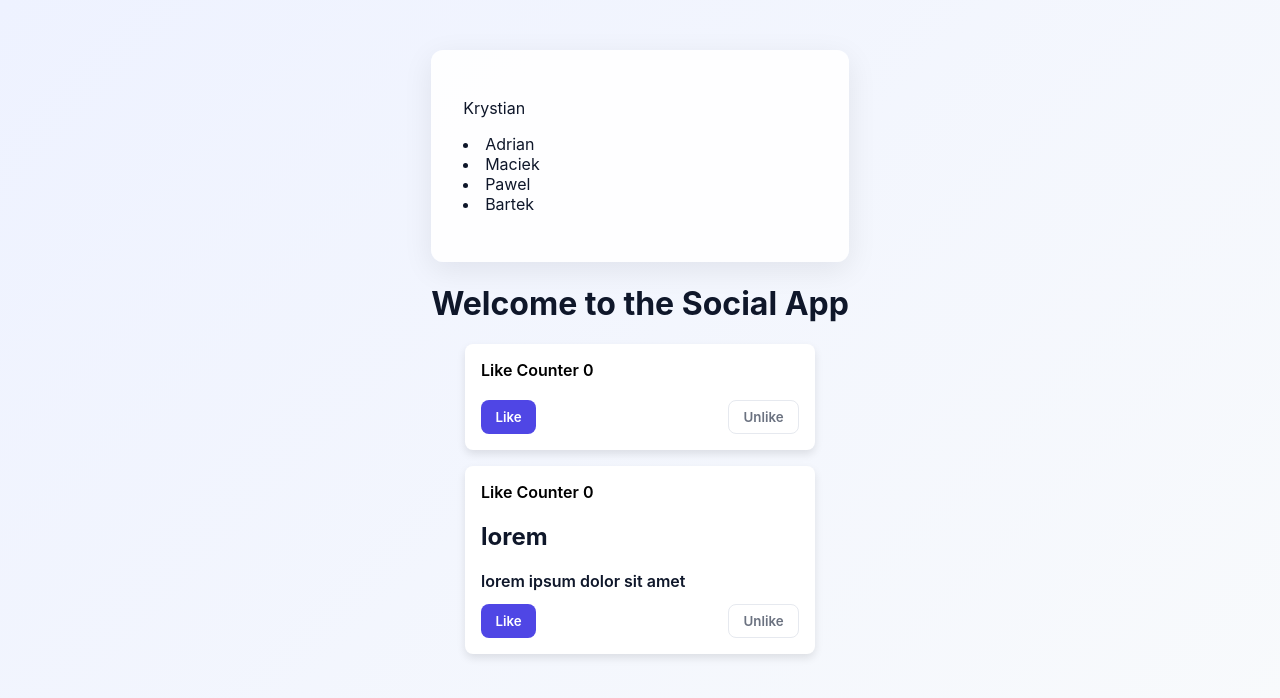
Repository: KrystianTrzy/reactapt
Page: /
The author's editor kept a copy of each file at every save. The page is drawn from the files as they stood at one save, then again after the next save.
The browser window is 1280 px wide. The pictures show the whole page.
The project was rebuilt for these pictures with package versions that can differ from the ones it lists, and the page was loaded fresh each time.

Above is the page before, as saved 2025-11-22 09:31:33.

### src/index.js
import React from 'react';
import ReactDOM from 'react-dom/client';
import './index.css';
import App from './components/App/App';
import LikeCounter from './components/App/LikeCounter/LikeCounter';

const root = ReactDOM.createRoot(document.getElementById('root'));
root.render(
  <React.StrictMode>
    <div>
      <App />
      <h1>Welcome to the Social App</h1>
      <LikeCounter />
      <LikeCounter
        title="lorem "
        description="lorem ipsum dolor sit amet"
      />
    </div>
  </React.StrictMode>
);

// If you want to start measuring performance in your app, pass a function
// to log results (for example: reportWebVitals(console.log))
// or send to an analytics endpoint. Learn more: https://bit.ly/CRA-vitals

### src/index.css
:root {
	--bg: #f6f8ff;
	--card: #ffffff;
	--accent: #4f46e5;
	--muted: #6b7280;
	--radius: 12px;
}

* {
	box-sizing: border-box;
}

html, body, #root {
	height: 100%;
}

body {
	margin: 0;
	font-family: Inter, system-ui, -apple-system, 'Segoe UI', Roboto, 'Helvetica Neue', Arial;
	background: linear-gradient(135deg, #eef2ff 0%, #f8fafc 100%);
	color: #0f172a;
	-webkit-font-smoothing: antialiased;
	-moz-osx-font-smoothing: grayscale;
}

#root {
	display: flex;
	align-items: center;
	justify-content: center;
	padding: 2rem;
}

.App {
	width: 100%;
	max-width: 920px;
	background: rgba(255,255,255,0.9);
	border-radius: var(--radius);
	box-shadow: 0 8px 30px rgba(2,6,23,0.08);
	padding: 2rem;
}

ul {
	padding-left: 1.1rem;
}

button {
	font-family: inherit;
}

### src/components/App/App.js
import LikeCounter from './LikeCounter/LikeCounter';

function App() {
  const name = "Krystian";
  const names =['Adrian', 'Maciek', 'Pawel', 'Bartek'];
  return (
    <>
      <div className="App">
          <p>
            {name.length > 4 ? name : 'Hello firends'}
          </p>
          <p> {names.map((name) => <li key={name}>{name}</li>) }</p>
      </div>
    </>
  );
}

export default App;

### src/components/App/LikeCounter/LikeCounter.js
import React, { useState } from 'react'
import './LikeCounter.css'

function LikeCounter(props) {
    const [likes, setLikes] = useState(0);
    const handleLike = () => {
        setLikes(likes + 1);
    };

    const handleUnlike = () => {
        if (likes > 0) {
            setLikes(likes - 1);
        }
    };

    return (
        <div className="post">
            <p style={{ color: likes > 0 ? 'blue' : 'black' }}>Like Counter {likes}</p>
            <h2>{props.title}</h2>
            <p>{props.description}</p>
            <div className="actions">
                <button onClick={handleLike}>Like</button>
                <button onClick={handleUnlike}>Unlike</button>
            </div>
        </div>
    )
}

export default LikeCounter;

### src/components/App/LikeCounter/LikeCounter.css
.post {
    box-shadow: 0 4px 8px rgba(0, 0, 0, 0.1);
    padding: 1rem;
    width: 350px;
    border-radius: 0.5rem;
}

.actions {
    display: flex;
    flex-direction: row;
    justify-content: space-between;
}

.post {
    background: var(--card);
    margin: 1rem auto;
    color: #0f172a;
}

.post p {
    margin: 0 0 0.8rem 0;
    font-weight: 600;
}

.actions button {
    padding: 0.5rem 0.9rem;
    border-radius: 8px;
    border: none;
    cursor: pointer;
    font-weight: 600;
}

.actions button:first-child {
    background: var(--accent);
    color: white;
}

.actions button:last-child {
    background: transparent;
    color: var(--muted);
    border: 1px solid #e6e9ef;
}

.actions button:hover {
    transform: translateY(-1px);
}

Loaded but not shown: public/index.html (common file)

After the next save:
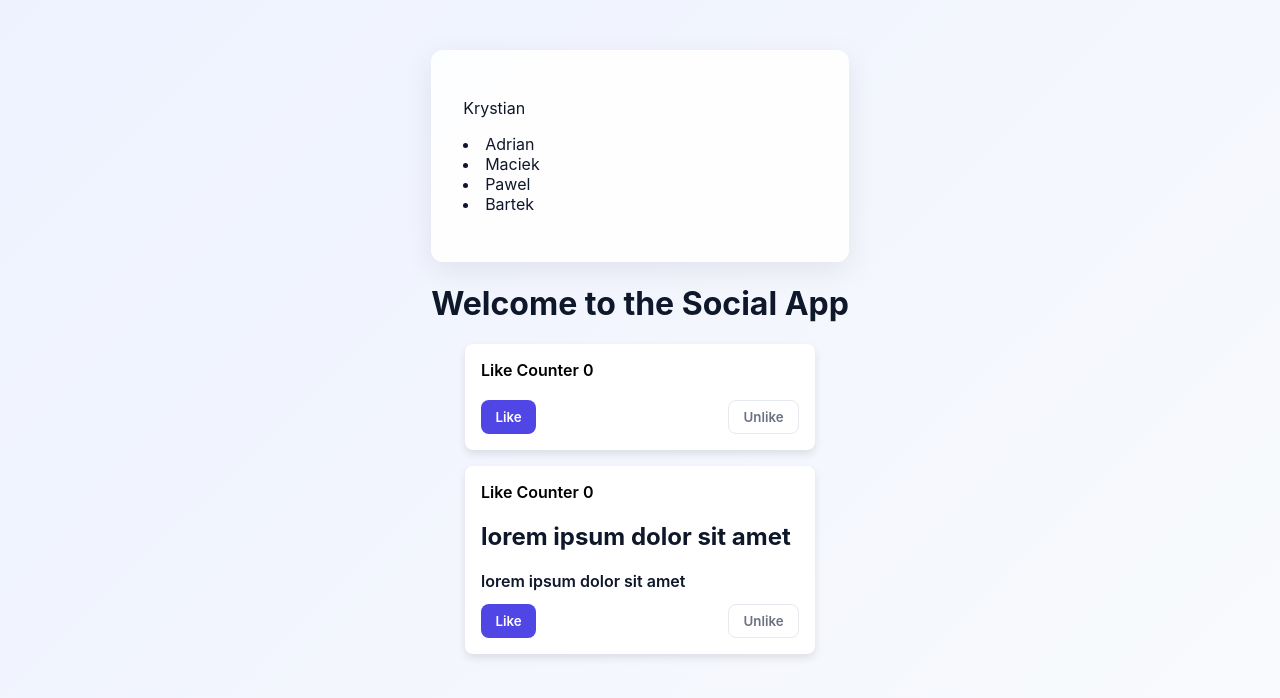
Saved 6 s later.
--- a/src/index.js
+++ b/src/index.js
@@ -12,7 +12,7 @@ root.render(
       <h1>Welcome to the Social App</h1>
       <LikeCounter />
       <LikeCounter
-        title="lorem "
+        title="lorem ipsum dolor sit amet"
         description="lorem ipsum dolor sit amet"
       />
     </div>
